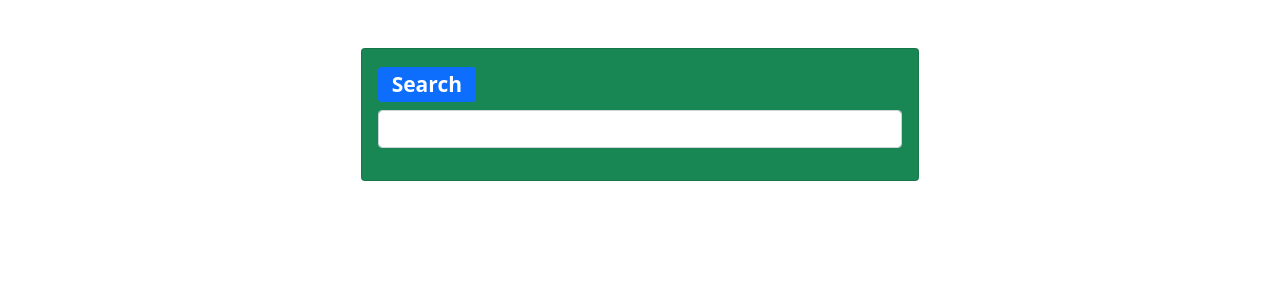
Repository: Hits-95/Spring
Page: http://localhost/SpringMVC_Search/home
The author's editor kept a copy of each file at every save. The page is drawn from the files as they stood at one save, then again after the next save.
The browser window is 1280 px wide. The pictures show the whole page.
The page is served by Tomcat 9. Other server files are loaded and not shown.

Above is the page before, as saved 2021-04-10 07:03:38.

### SpringMVC_Search/src/main/webapp/WEB-INF/spring-servlet.xml
<?xml version="1.0" encoding="UTF-8"?>
<beans xmlns="http://www.springframework.org/schema/beans"
	xmlns:xsi="http://www.w3.org/2001/XMLSchema-instance" xmlns:context="http://www.springframework.org/schema/context"
	xmlns:p="http://www.springframework.org/schema/p" xmlns:tx="http://www.springframework.org/schema/tx"
	xsi:schemaLocation="http://www.springframework.org/schema/beans
 	http://www.springframework.org/schema/beans/spring-beans.xsd
 	http://www.springframework.org/schema/context
 	http://www.springframework.org/schema/context/spring-context.xsd
 	http://www.springframework.org/schema/tx
 	http://www.springframework.org/schema/tx/spring-tx.xsd
 	">


	<!-- enable annotation -->
	<context:component-scan base-package="SpringMVC_Search"></context:component-scan>
	<!-- this is our bean -->

	<bean
		class="org.springframework.web.servlet.view.InternalResourceViewResolver"
		name="viewResolver">

		<property name="prefix" value="/WEB-INF/views/" />
		<property name="suffix" value=".jsp" />
	</bean>



</beans>

### SpringMVC_Search/src/main/webapp/WEB-INF/views/home.jsp
<%@ page language="java" contentType="text/html; charset=ISO-8859-1"
	pageEncoding="ISO-8859-1"%>
<%@include file="link.jsp"%>
<!DOCTYPE html PUBLIC "-//W3C//DTD HTML 4.01 Transitional//EN" "http://www.w3.org/TR/html4/loose.dtd">
<html>
<head>
<meta http-equiv="Content-Type" content="text/html; charset=ISO-8859-1">
<title>Home</title>
</head>
<body>
	<div class="container">
		<div class="card mx-auto mt-5 bg-success" style="width: 50%;">
			<!-- <img src="..." class="card-img-top" alt="..."> -->
			<div class="card-body">
				<form action="">
					<div class="mb-3">
						<label for="search" class="form-primary"><h3>
								<span class="badge bg-primary"> Search</span>
							</h3></label> <input type="text" class="form-control" id="querybox"
							name="querybox" aria-describedby="emailHelp">

					</div>
				</form>
			</div>
		</div>
	</div>

</body>
</html>

### SpringMVC_Search/src/main/webapp/WEB-INF/views/link.jsp
<!doctype html>
<html lang="en">
  <head>
    <!-- Required meta tags -->
    <meta charset="utf-8">
    <meta name="viewport" content="width=device-width, initial-scale=1">

    <!-- Bootstrap CSS -->
    <link href="https://cdn.jsdelivr.net/npm/bootstrap@5.0.0-beta3/dist/css/bootstrap.min.css" rel="stylesheet" integrity="sha384-eOJMYsd53ii+scO/bJGFsiCZc+5NDVN2yr8+0RDqr0Ql0h+rP48ckxlpbzKgwra6" crossorigin="anonymous">


  </head>
  <body>


    <!-- Optional JavaScript; choose one of the two! -->

    <!-- Option 1: Bootstrap Bundle with Popper -->
    <script src="https://cdn.jsdelivr.net/npm/bootstrap@5.0.0-beta3/dist/js/bootstrap.bundle.min.js" integrity="sha384-JEW9xMcG8R+pH31jmWH6WWP0WintQrMb4s7ZOdauHnUtxwoG2vI5DkLtS3qm9Ekf" crossorigin="anonymous"></script>

    <!-- Option 2: Separate Popper and Bootstrap JS -->
    <!--
    <script src="https://cdn.jsdelivr.net/npm/@popperjs/core@2.9.1/dist/umd/popper.min.js" integrity="sha384-SR1sx49pcuLnqZUnnPwx6FCym0wLsk5JZuNx2bPPENzswTNFaQU1RDvt3wT4gWFG" crossorigin="anonymous"></script>
    <script src="https://cdn.jsdelivr.net/npm/bootstrap@5.0.0-beta3/dist/js/bootstrap.min.js" integrity="sha384-j0CNLUeiqtyaRmlzUHCPZ+Gy5fQu0dQ6eZ/xAww941Ai1SxSY+0EQqNXNE6DZiVc" crossorigin="anonymous"></script>
    -->
  </body>
</html>

### SpringMVC_Search/src/main/java/SpringMVC_Search/SearchController.java
package SpringMVC_Search;

import org.springframework.stereotype.Controller;
import org.springframework.web.bind.annotation.RequestMapping;

@Controller
public class SearchController {

	@RequestMapping("/home")
	public String home(){

		System.out.println("home was called...");
		return"home";
	}
}

After the next save:
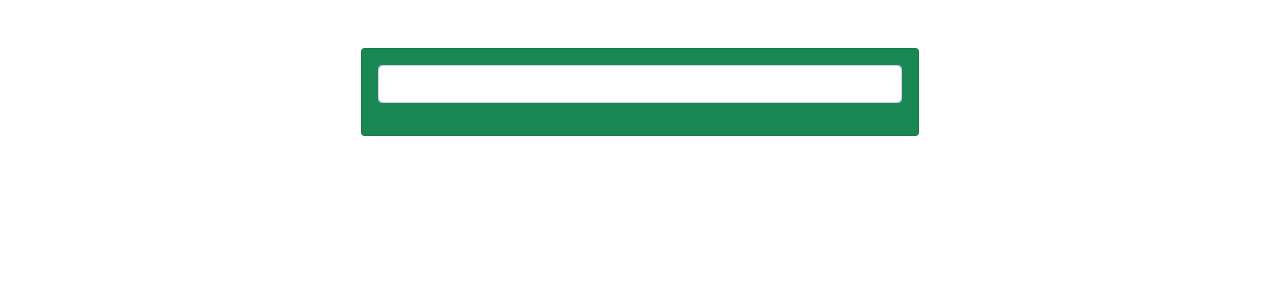
Saved 37 s later.
--- a/SpringMVC_Search/src/main/webapp/WEB-INF/views/home.jsp
+++ b/SpringMVC_Search/src/main/webapp/WEB-INF/views/home.jsp
@@ -14,9 +14,7 @@
 			<div class="card-body">
 				<form action="">
 					<div class="mb-3">
-						<label for="search" class="form-primary"><h3>
-								<span class="badge bg-primary"> Search</span>
-							</h3></label> <input type="text" class="form-control" id="querybox"
+						<input type="text" class="form-control" id="querybox"
 							name="querybox" aria-describedby="emailHelp">
 
 					</div>
